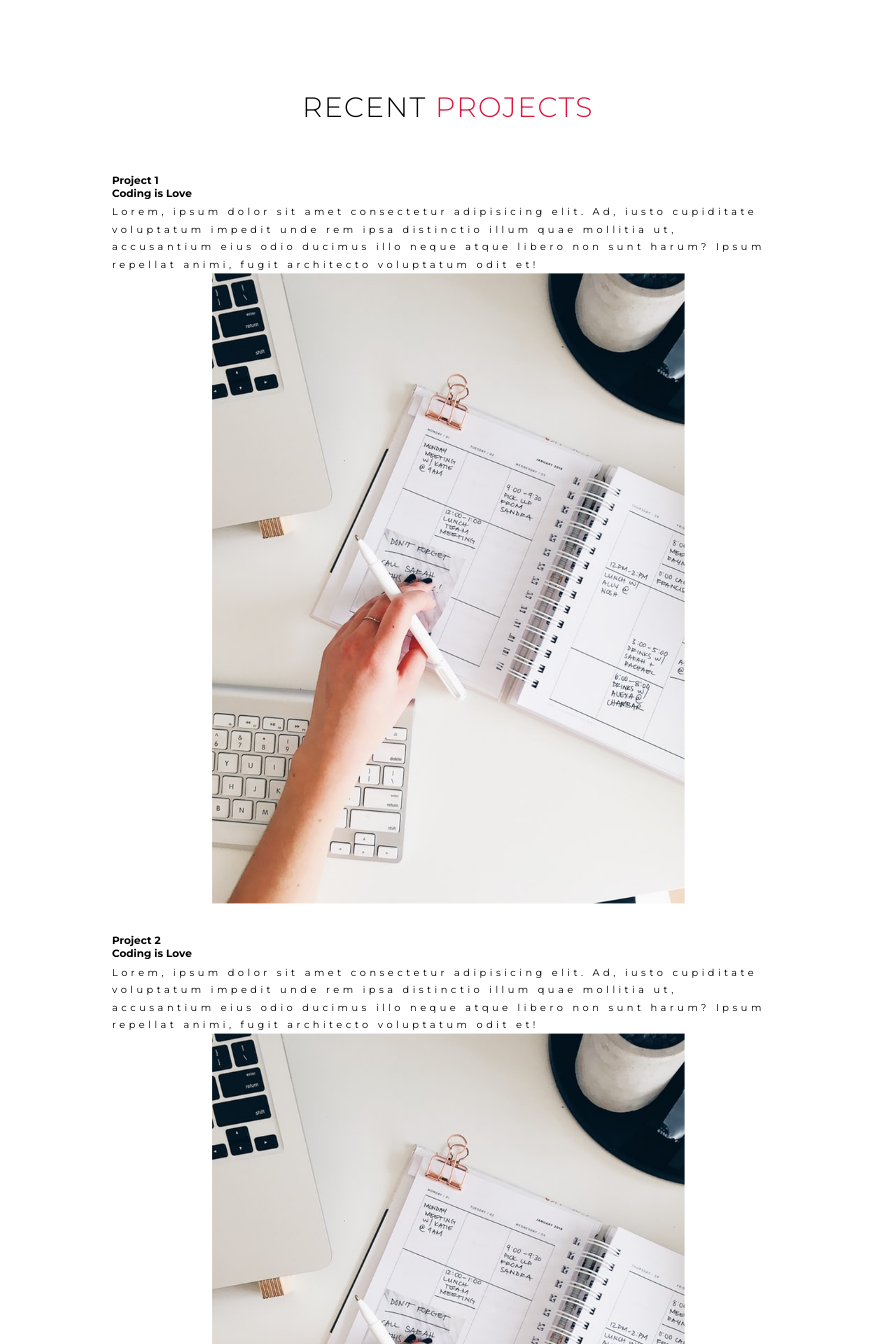
Repository: randysteele/my-portfolio-2023
Page: index.html
These files come from the project's save history. The page is drawn as it stood at one moment and after the next save; the edit follows.
The browser window is 1280 px wide. The pictures show the part of the page from y = 2152 to 4072 px (the page is 7922 px tall before and 8222 px after), at 70% of full size.

Above is the page before, as saved 2023-04-23 15:41:20.

### index.html
<!DOCTYPE html>
<html lang="en">
<head>
    <meta charset="UTF-8">
    <meta http-equiv="X-UA-Compatible" content="IE=edge">
    <meta name="viewport" content="width=device-width, initial-scale=1.0">
    <link rel="stylesheet" href="style.css">
    <title>Randy Steele Portfolio</title>
</head>
<body>
    <!-- Hero Section -->
    <section id="hero">
        <div class="hero container">
            <div>
            <h1>Hello, <span></span></h1>
            <h1>My Name Is <span></span></h1>
            <h1>Randy <span></span></h1>
            <a href="#" type="button" class="cta">Portfolio</a>
        </div>
    </div>
    </section>
    <!-- End Hero Section -->

    <!-- Services Section -->
    <section id="services">
        <div class="services container">
          <div class="service-top">
            <h1 class="section-title">Serv<span>i</span>ces</h1>
            <p>Lorem ipsum dolor sit amet consectetur, adipisicing elit. Ipsum deleniti maiores pariatur assumenda quas
              magni et, doloribus quod voluptate quasi molestiae magnam officiis dolorum, dolor provident atque molestias
              voluptatum explicabo!</p>
          </div>
          <div class="service-bottom">
            <div class="service-item">
              <div class="icon"><img src="https://img.icons8.com/bubbles/100/000000/services.png" /></div>
              <h2>Web Design</h2>
              <p>Lorem ipsum dolor sit amet consectetur adipisicing elit. Corporis debitis rerum, magni voluptatem sed
                architecto placeat beatae tenetur officia quod</p>
            </div>
            <div class="service-item">
              <div class="icon"><img src="https://img.icons8.com/bubbles/100/000000/services.png" /></div>
              <h2>Web Design</h2>
              <p>Lorem ipsum dolor sit amet consectetur adipisicing elit. Corporis debitis rerum, magni voluptatem sed
                architecto placeat beatae tenetur officia quod</p>
            </div>
            <div class="service-item">
              <div class="icon"><img src="https://img.icons8.com/bubbles/100/000000/services.png" /></div>
              <h2>Web Design</h2>
              <p>Lorem ipsum dolor sit amet consectetur adipisicing elit. Corporis debitis rerum, magni voluptatem sed
                architecto placeat beatae tenetur officia quod</p>
            </div>
            <div class="service-item">
              <div class="icon"><img src="https://img.icons8.com/bubbles/100/000000/services.png" /></div>
              <h2>Web Design</h2>
              <p>Lorem ipsum dolor sit amet consectetur adipisicing elit. Corporis debitis rerum, magni voluptatem sed
                architecto placeat beatae tenetur officia quod</p>
            </div>
          </div>
        </div>
      </section>
<!-- End Services Section -->

 <!-- Projects Section -->
 <section id="projects">
    <div class="projects container">
      <div class="projects-header">
        <h1 class="section-title">Recent <span>Projects</span></h1>
      </div>
      <div class="all-projects">
        <div class="project-item">
          <div class="project-info">
            <h1>Project 1</h1>
            <h2>Coding is Love</h2>
            <p>Lorem, ipsum dolor sit amet consectetur adipisicing elit. Ad, iusto cupiditate voluptatum impedit unde
              rem ipsa distinctio illum quae mollitia ut, accusantium eius odio ducimus illo neque atque libero non sunt
              harum? Ipsum repellat animi, fugit architecto voluptatum odit et!</p>
          </div>
          <div class="project-img">
            <img src="./img/img-1.png" alt="img">
          </div>
        </div>
        <div class="project-item">
          <div class="project-info">
            <h1>Project 2</h1>
            <h2>Coding is Love</h2>
            <p>Lorem, ipsum dolor sit amet consectetur adipisicing elit. Ad, iusto cupiditate voluptatum impedit unde
              rem ipsa distinctio illum quae mollitia ut, accusantium eius odio ducimus illo neque atque libero non sunt
              harum? Ipsum repellat animi, fugit architecto voluptatum odit et!</p>
          </div>
          <div class="project-img">
            <img src="./img/img-1.png" alt="img">
          </div>
        </div>
        <div class="project-item">
          <div class="project-info">
            <h1>Project 3</h1>
            <h2>Coding is Love</h2>
            <p>Lorem, ipsum dolor sit amet consectetur adipisicing elit. Ad, iusto cupiditate voluptatum impedit unde
              rem ipsa distinctio illum quae mollitia ut, accusantium eius odio ducimus illo neque atque libero non sunt
              harum? Ipsum repellat animi, fugit architecto voluptatum odit et!</p>
          </div>
          <div class="project-img">
            <img src="./img/img-1.png" alt="img">
          </div>
        </div>
        <div class="project-item">
          <div class="project-info">
            <h1>Project 4</h1>
            <h2>Coding is Love</h2>
            <p>Lorem, ipsum dolor sit amet consectetur adipisicing elit. Ad, iusto cupiditate voluptatum impedit unde
              rem ipsa distinctio illum quae mollitia ut, accusantium eius odio ducimus illo neque atque libero non sunt
              harum? Ipsum repellat animi, fugit architecto voluptatum odit et!</p>
          </div>
          <div class="project-img">
            <img src="./img/img-1.png" alt="img">
          </div>
        </div>
        <div class="project-item">
          <div class="project-info">
            <h1>Project 5</h1>
            <h2>Coding is Love</h2>
            <p>Lorem, ipsum dolor sit amet consectetur adipisicing elit. Ad, iusto cupiditate voluptatum impedit unde
              rem ipsa distinctio illum quae mollitia ut, accusantium eius odio ducimus illo neque atque libero non sunt
              harum? Ipsum repellat animi, fugit architecto voluptatum odit et!</p>
          </div>
          <div class="project-img">
            <img src="./img/img-1.png" alt="img">
          </div>
        </div>
      </div>
    </div>
  </section>
  <!-- End Projects Section -->


<!-- End Projects Section -->

</body>
</html>


<a target="_blank" href="https://icons8.com/icon/53429/home-page">Icons Provided by</a>  <a target="_blank" href="https://icons8.com">Icons8</a>

### style.css
@import url('https://fonts.googleapis.com/css2?family=Montserrat:wght@300;400;700&display=swap');
* {
    padding: 0;
    margin: 0;
    box-sizing: border-box;
}
html {
    font-size: 10px;
    font-family: "Montserrat", "sans-serif";
}
a {
    text-decoration: none;
}
.container {
    min-height: 100vh;
    width: 100%;
    display: flex;
    align-items: center;
    justify-content: center;
}

img{
    height: 100%;
    width: 100%;
    object-fit: cover;
}

p {
    color: black;
    font-size: 1.4rem;
    margin-top: 5px;
    line-height: 2.5rem;
    font-weight: 300px;
    letter-spacing: 0.5rem;
}

.section-title {
    font-size: 4rem;
    font-weight: 300;
    color: black;
    margin-bottom: 10px;
    text-transform: uppercase;
    letter-spacing: .2rem;
    text-align: center;
}

.section-title span {
    color: crimson;
}



/* Hero Section */
#hero {
    background-image: url(./img/me1.jpeg);
    background-size: cover;
    background-position: top center;
    position: relative;
    z-index: 1;
}
#hero::after{
    content: '';
    position: absolute;
    left: 0;
    top: 0;
    height: 100%;
    width: 100%;
    background-color: black;
    opacity: 0.7;
    z-index: -1;
}
#hero .hero{
    max-width: 1200px;
    margin: 0 auto;
    padding: 0 50px;
    justify-content: flex-start;
}
#hero h1{
    display: block;
    width: fit-content;
    font-size: 4rem;
    position: relative;
    color: transparent;
    animation: text_reveal 1s ease forwards;
    animation-delay: 1s
}
#hero h1:nth-child(1){
    animation-delay: 1s;
}
#hero h1:nth-child(2){
    animation-delay: 2s;
}
#hero h1:nth-child(3){
    animation: text_reveal_name .5s ease forwards;
    animation-delay: 3s;
}

#hero .cta {
  display: inline-block;
  padding: 10px 30px;
  color: white;
  background-color: transparent;
  border: 2px solid crimson;
  font-size: 2rem;
  text-transform: uppercase;
  letter-spacing: 0.1rem;
  margin-top: 30px;
  transition: 0.3s ease;
  transition-property: background-color, color;
}
#hero .cta:hover {
    color: white;
    background-color: crimson;
}
#hero h1 span {
    position: absolute;
    top: 0;
    left: 0;
    height: 100%;
    width: 0;
    background-color: crimson;
    animation: text_reveal_box 1s ease;
    animation-delay: .3s;
}

#hero h1:nth-child(1) span {
    animation-delay: 1s;
}
#hero h1:nth-child(2) span {
    animation-delay: 2s;
}

#hero h1:nth-child(3) span {
    animation-delay: 3s;
}

/* End Hero Section */


/* Services Section */

#services .services{
 flex-direction: column;
 text-align: center;
 max-width: 1500px;
 margin: 0 auto;
 padding: 100px 0;
}


#services .service-top p {
    color: black;
    font-size: 1.4rem;
    margin-top: 5px;
    line-height: 2.5rem;
    font-weight: 300px;
    letter-spacing: 0.5rem;
}

#services .service-bottom {
    display: flex;
    align-items: center;
    justify-content: center;
    flex-wrap: wrap;
    margin-top: 50px;
}

#services .service-item {
    flex-basis: 80%;
    display: flex;
    align-items: flex-start;
    justify-content: center;
    flex-direction: column;
    padding: 30px;
    border-radius: 10px;
    background-image: url(./img/img-1.png);
    background-size: cover;
    margin: 10px 5%;
    position: relative;
    z-index: 1;
    overflow: hidden;
}

#services .service-item::after {
    content: "";
    position: absolute;
    left: 0;
    top: 0;
    height: 100%;
    width: 100%;
    background-image: linear-gradient(60deg, #29323c 0%, #485563 100%);
    opacity: .8;
    z-index: -1;
}

#services .service-bottom .icon {
  height: 80px;
  width: 80px;
  margin-bottom: 20px;
}

#services .service-item h2 {
    font-size: 2rem;
    color: white;
    margin-bottom: 10px;
    text-transform: uppercase;
}

#services .service-item p{
    color: white;
    text-align: left;
}
/* End Services Section */


/* Projects Section */

#projects .projects{
    flex-direction: column;
    max-width: 1200px;
    margin: 0 auto;
    padding: 100px 0;
}

#projects .projects-header h1{
margin-bottom: 50px;
}

#projects .all-projects{
    display: flex;
    align-items: center;
    justify-content: center;
    flex-direction: column;
}

#projects .project-item{
    display: flex;
    align-items: center;
    justify-content: center;
    flex-direction: column;
    width: 80%;
    margin: 20px auto;
    overflow: hidden;
    border-radius: 10px;
}




/* End Projects Section */







/* Keyframes */

@keyframes text_reveal_box {
    50%{
        width: 100%;
        left: 0;
    }
    100%{
        width: 0;
        left: 100%;
    }
}

@keyframes text_reveal{
    100%{
        color: white;

    }
}
@keyframes text_reveal_name{
    100%{
        color: crimson;
        font-weight: 500px;
    }
}

/* End Keyframes  */




/* End Services Section */

After the next save:
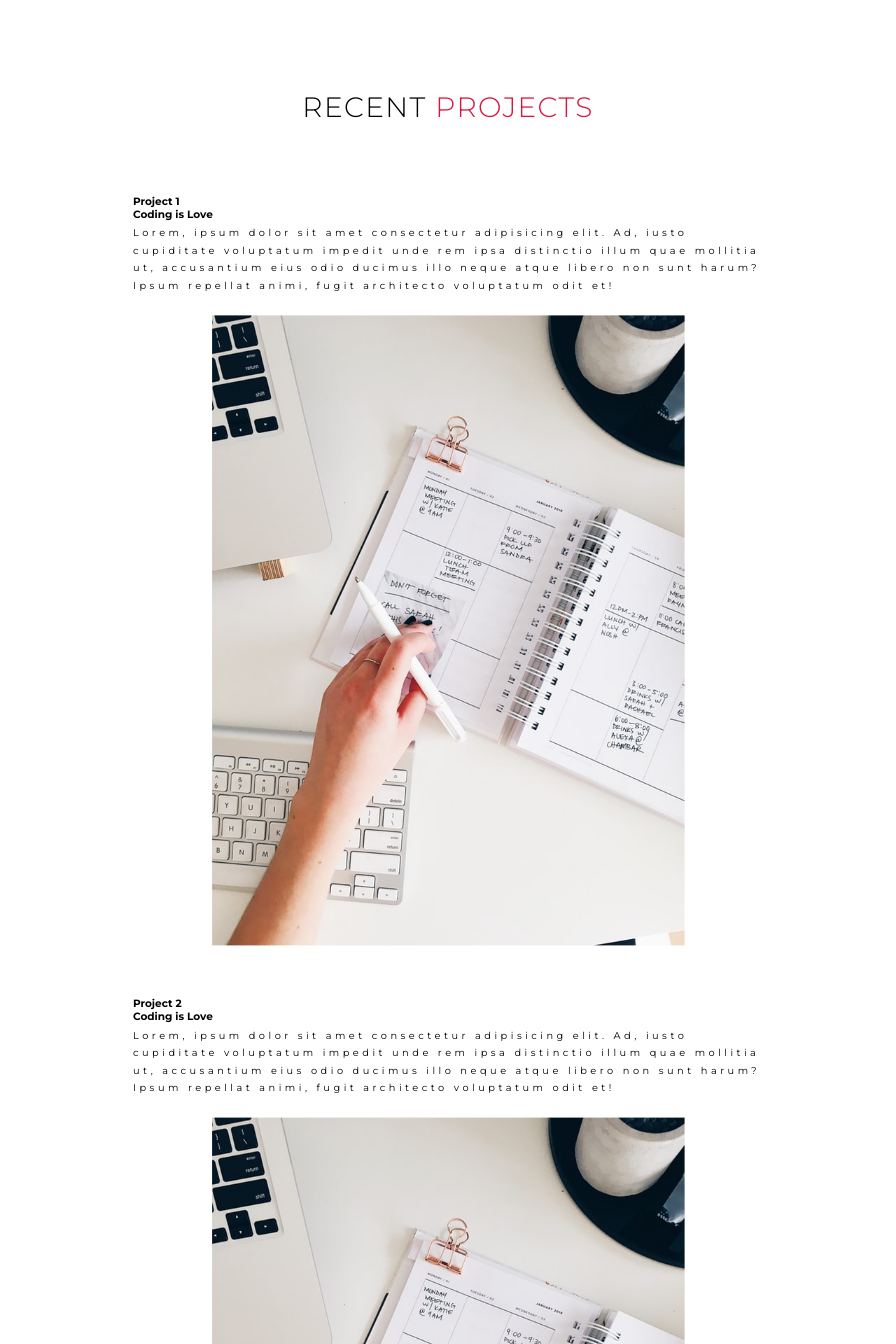
Saved 110 s later.
--- a/style.css
+++ b/style.css
@@ -242,6 +242,13 @@ margin-bottom: 50px;
     margin: 20px auto;
     overflow: hidden;
     border-radius: 10px;
+
+}
+
+#projects .project-info {
+    padding: 30px;
+
+
 }
 
 
